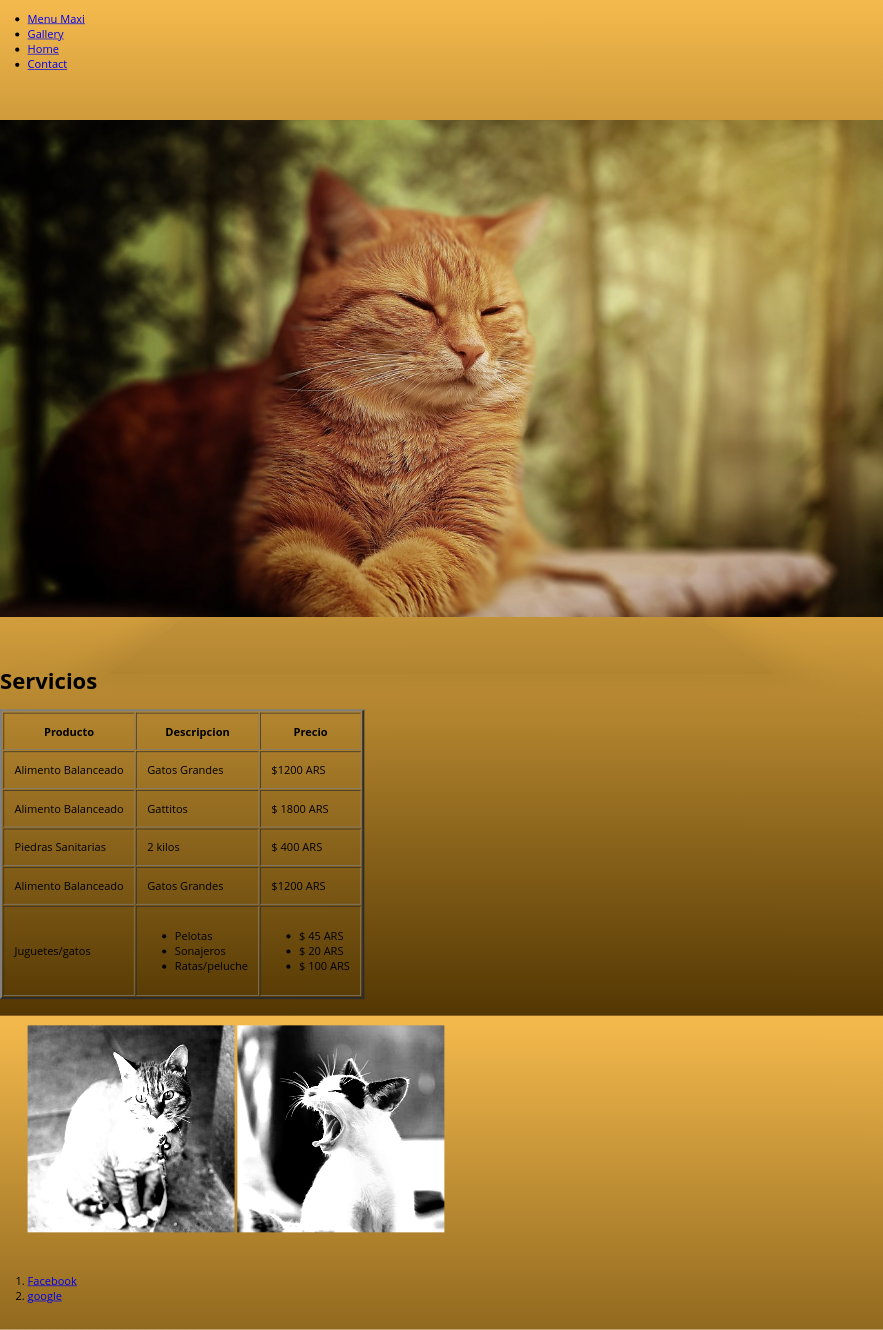
Repository: raul4264/final
Page: Services.html
These files come from the project's save history. The page is drawn as it stood at one moment and after the next save; the edit follows.
The browser window is 1280 px wide. The pictures show the whole page, at 69% of full size.

Above is the page before, as saved 2021-03-26 08:53:10.

After the next save:
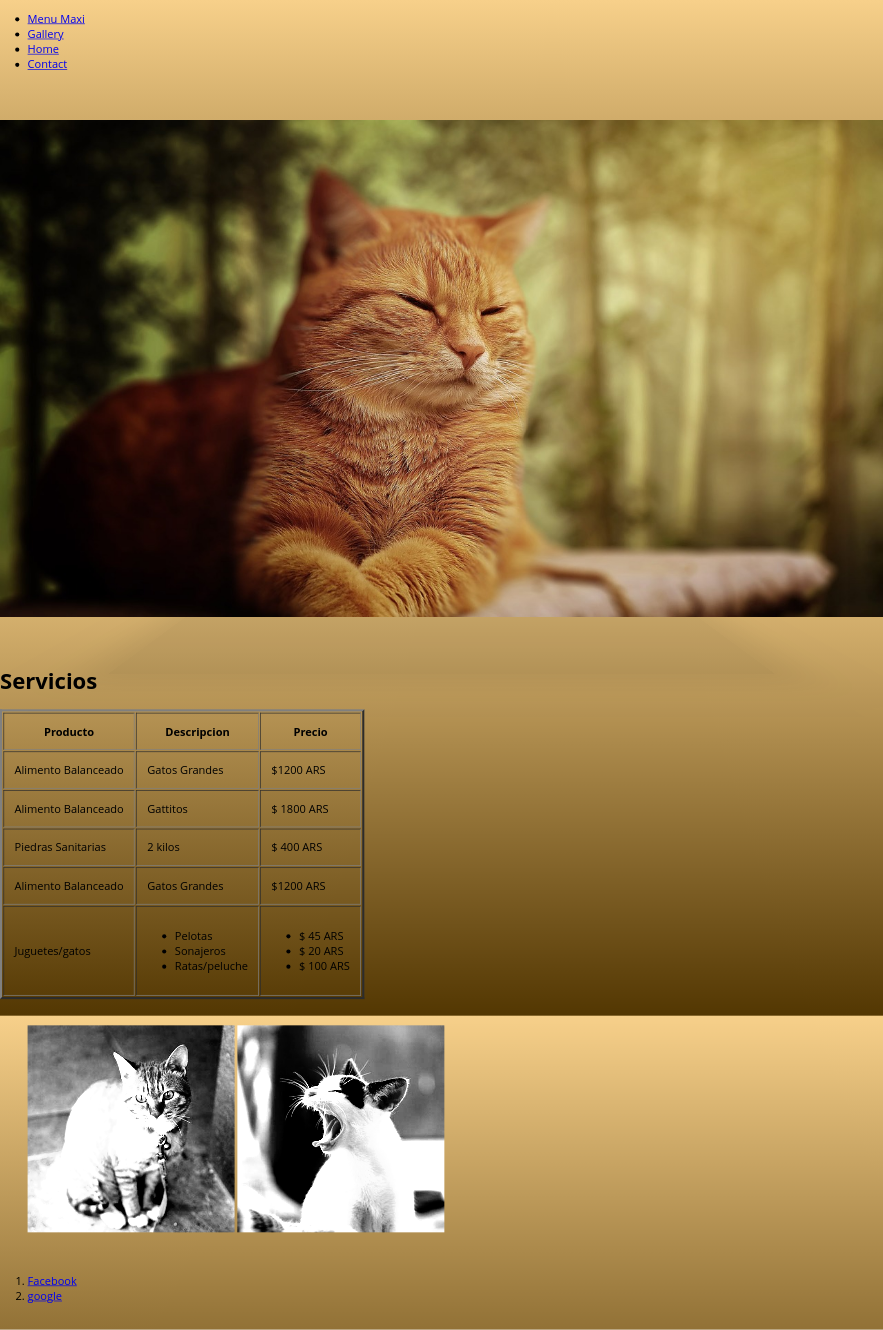
Saved 21 s later.
--- a/css/services.css
+++ b/css/services.css
@@ -16,7 +16,7 @@ img{
 
 body {
     background: #ddd;
-    background: linear-gradient(rgb(245, 186, 77), rgb(83, 55, 2));
+    background: linear-gradient(rgb(247, 208, 138), rgb(83, 55, 2));
     font-family: 'Open Sans', sans-serif;
     height: 100vh;
     margin:0;
